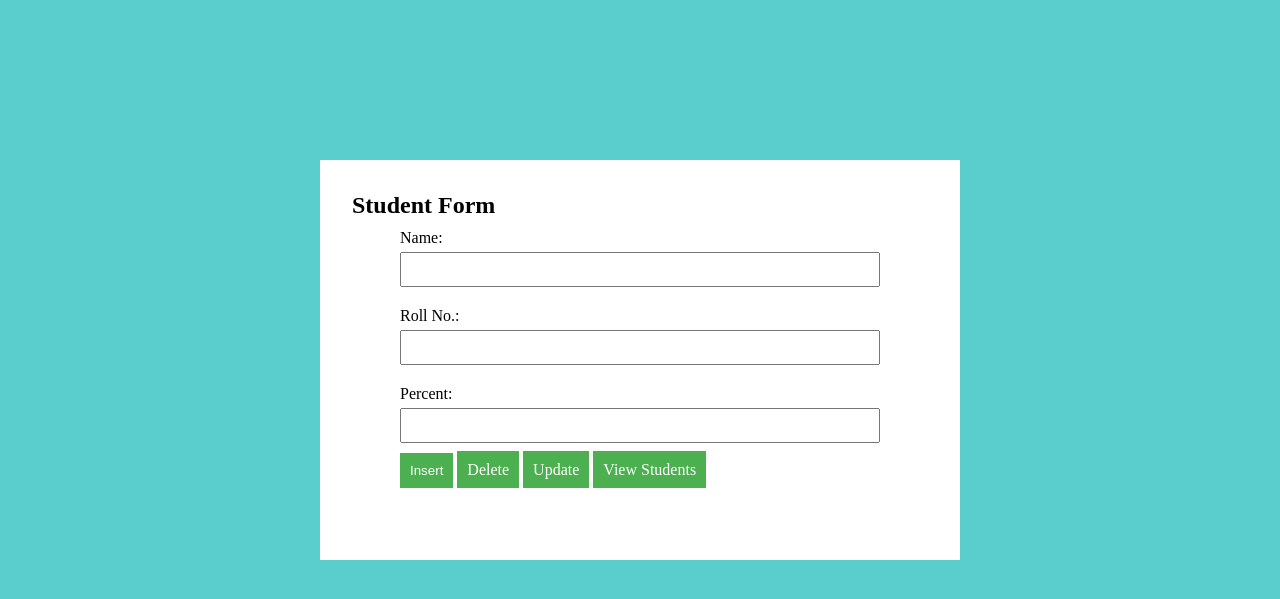
Repository: deeptimahisare1206/Todo_List
Page: http://localhost/Hib_Nest/
These files come from the project's save history. The page is drawn as it stood at one moment and after the next save; the edit follows.
The browser window is 1280 px wide. The pictures show the whole page.
The page is served by Tomcat 10. Other server files are loaded and not shown.

Above is the page before, as saved 2024-11-12 16:39:35.

### Hib_Nest/src/main/webapp/index.jsp
<%@ page language="java" contentType="text/html; charset=UTF-8"
	pageEncoding="UTF-8"%>
<html>
<head>
<style>
*{
margin:0;
padding:0;
box-sizing: border-box;

}
body {
display:grid;
place-items:center;
	background-color: #5acdcd;
	gap: 2rem;
	height: 100vh;
}

div{
padding:2rem;
	background-color: white;
	height: 25rem;
	width:50vw;
}

form {
    width: 30rem;
    margin: 0 auto;
}

label {
    display: block;
    margin: 10px 0 5px;
}

input[type="text"],
input[type="number"] {
    width: 100%;
    padding: 8px;
    margin-bottom: 10px;
}

input[type="submit"] ,a{
    background-color: #4CAF50;
    color: white;
    padding: 10px;
    border: none;
    cursor: pointer;
    text-decoration: none;
}

input[type="submit"]:hover {
    background-color: #45a049;
}
</style>
</head>
<body>
<div>
	<h2>Student Form</h2>

	<form action="Register" method="get">
		<label>Name:</label><input type="text" name="name"><label>Roll
			No.: </label> <input type="number" name="roll"> <label>Percent:
		</label><input type="number" name="percent"> <input type="submit"
			value="Insert">
			<a href="Delete.jsp">Delete</a>
			<a href="EnterRoll.jsp">Update</a>
			<a href="Display.jsp">View Students</a>
	</form>
	</div>
</body>
</html>

After the next save:
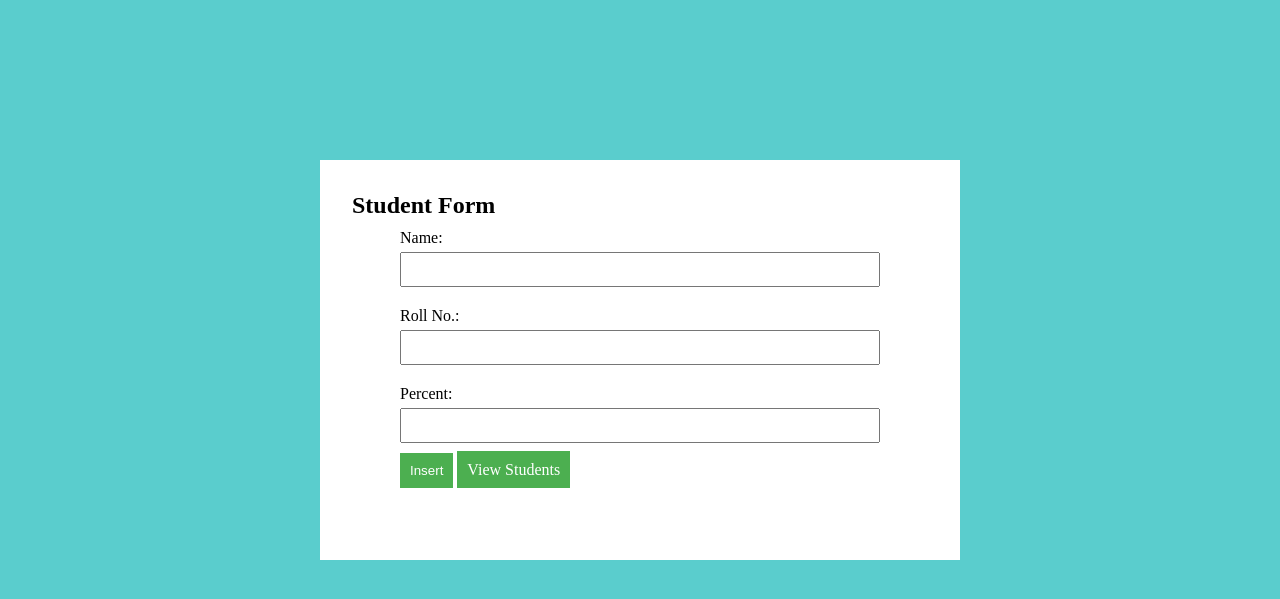
Saved 98 s later.
--- a/Hib_Nest/src/main/webapp/index.jsp
+++ b/Hib_Nest/src/main/webapp/index.jsp
@@ -64,8 +64,6 @@ input[type="submit"]:hover {
 			No.: </label> <input type="number" name="roll"> <label>Percent:
 		</label><input type="number" name="percent"> <input type="submit"
 			value="Insert">
-			<a href="Delete.jsp">Delete</a>
-			<a href="EnterRoll.jsp">Update</a>
 			<a href="Display.jsp">View Students</a>
 	</form>
 	</div>
